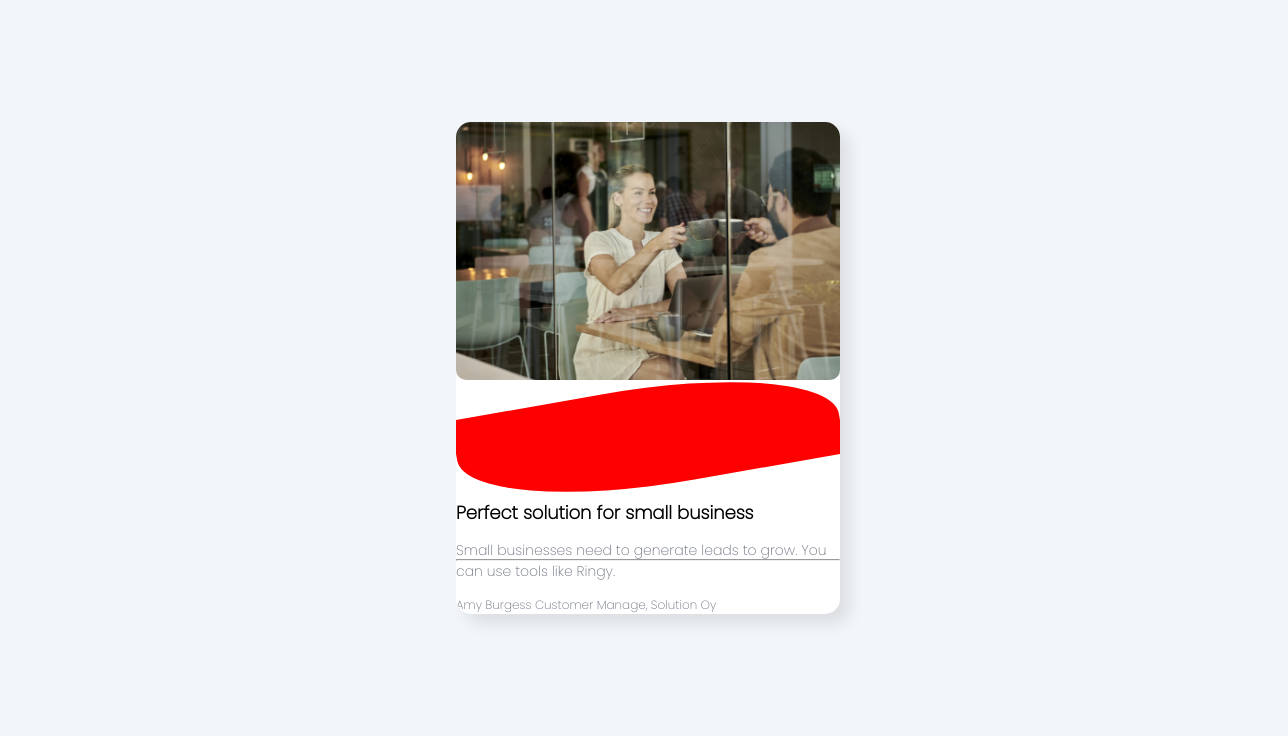
Repository: massndongo/business-blog-card
Page: index.html
The author's editor kept a copy of each file at every save. The page is drawn from the files as they stood at one save, then again after the next save.
The browser window is 1280 px wide. The page is 1288 px wide, so the pictures cover 1288 px, including what lies to the right of the window. The pictures show the whole page.

Above is the page before, as saved 2023-11-08 04:05:00.

### index.html
<!DOCTYPE html>
<html lang="en">
<head>
    <meta charset="UTF-8">
    <meta name="viewport" content="width=device-width, initial-scale=1.0">
    <link rel="stylesheet" href="css/styles.css">
    <title>Responsive Web Developer Starter - devchallenges.io</title>
    <link rel="icon" href="images/favicon.ico" type="image/x-icon" sizes="any">
</head>
<body>
    <div class="card">
        <img src="images/hero-image-business-card.png" alt="" srcset="">
        <div class="wavy">
        </div>
        <h1 class="title">Perfect solution for small business</h1>
        <p class="corps">Small businesses need to generate leads to grow. You can use tools like Ringy.</p>
        <hr>
        <div class="small">
            <!-- <img src="images/avatar-image-business-card.png" alt="" srcset=""> -->
            <div>
                <span>Amy Burgess</span>
                <span>Customer Manage, Solution Oy</span>
            </div>
        </div>
    </div>
</body>
</html>

### css/styles.css
@import url('https://fonts.googleapis.com/css2?family=Poppins:wght@200&display=swa');

* {
    box-sizing: border-box;
    font-family: 'Poppins', sans-serif;
    overflow: hidden;
}

/* Add some styles for body*/
body {
    width: 100%;
    height: 100vh;
    background-color: #F2F5F9;
    display: flex;
    justify-content: center;
    align-items: center;

}

.card{
    position: relative;
    flex-direction: column;
    background-color: #FFFFFF;
    box-shadow: 10px 10px 15px 0px rgba(0, 0, 0, 0.09);
    width: 30%;
    height: auto;
    border-radius: 15px;
}
.card img{
    width: 100%;
    border-radius: 10px;
}
.wavy{
    height: 100px;
    background-color: red;
    border-radius: 0 60%;
    transform: rotate(-10deg);
}
.waveRight{
    height: 100px;
    width: 50%;
    background-color: green;
}
.waveLeft{
    height: 100px;
    width: 50%;
    background-color: blue;
}
.title{
    font-size: 18px;

}
.corps{
    font-size: 14px;

}
.small{
    position: relative;
    font-size: 12px;
}
.corps, .small, hr{
    color: #6C727F
}
hr{
    width: 100%;
    height: 1px;
    position: absolute;
    bottom: 9%;
    left: 0;
    right: 0;
    background-color: #6c727f85;
}

@media screen and (max-width: 768px) {
    .card {
        width: 90%;
    }
}

After the next save:
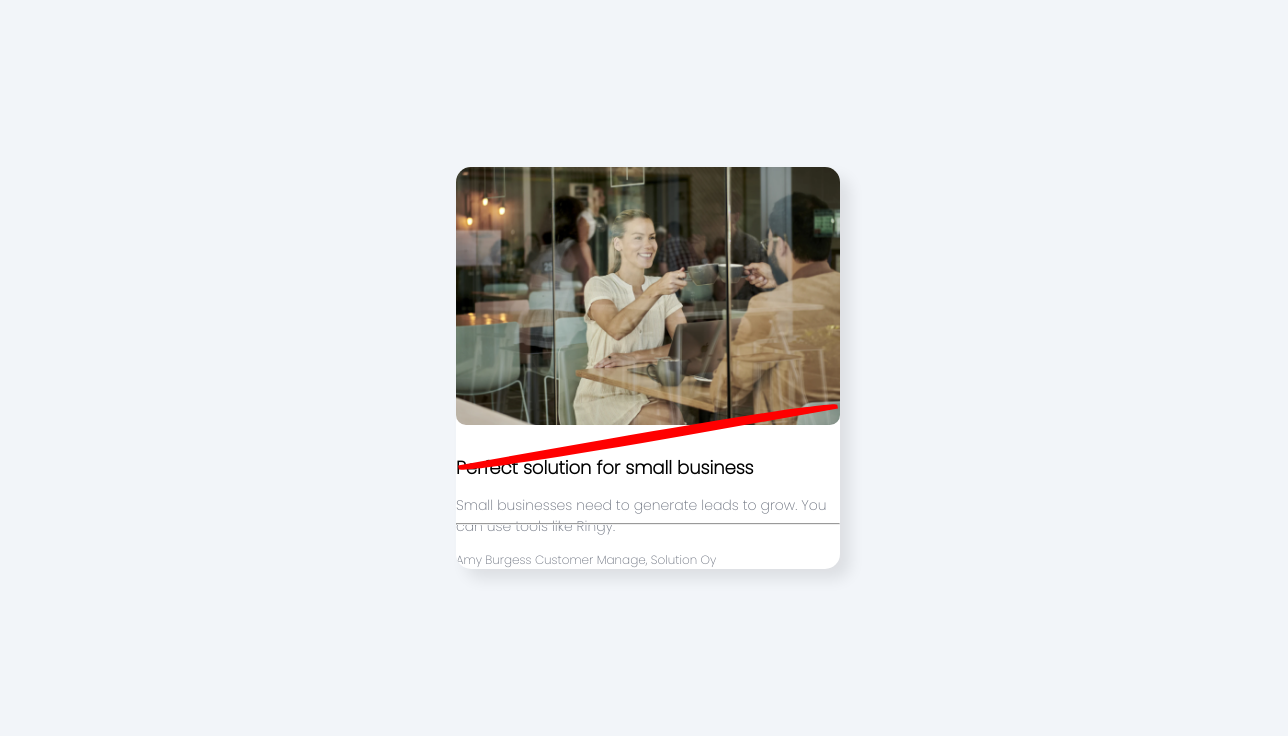
Saved 11 s later.
--- a/css/styles.css
+++ b/css/styles.css
@@ -31,7 +31,7 @@
     border-radius: 10px;
 }
 .wavy{
-    height: 100px;
+    height: 10px;
     background-color: red;
     border-radius: 0 60%;
     transform: rotate(-10deg);

After the save that followed:
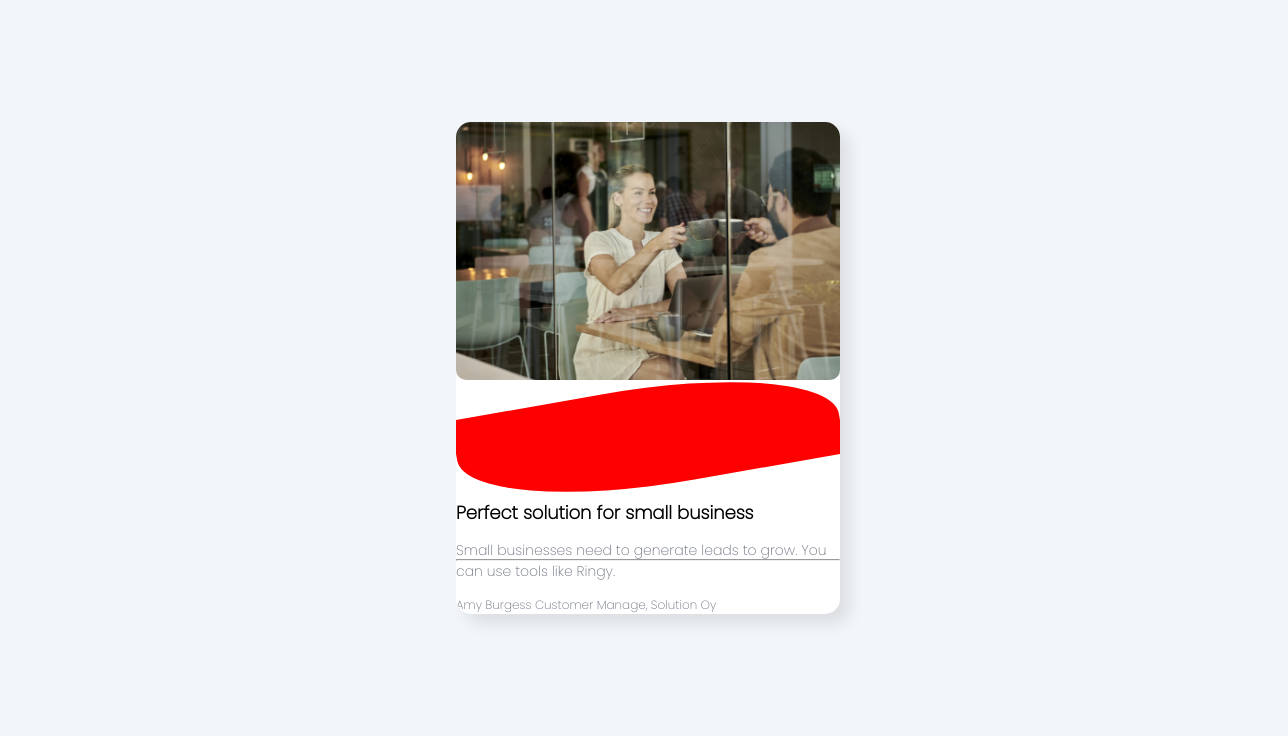
Saved 4 s later.
--- a/css/styles.css
+++ b/css/styles.css
@@ -31,7 +31,7 @@
     border-radius: 10px;
 }
 .wavy{
-    height: 10px;
+    height: 100px;
     background-color: red;
     border-radius: 0 60%;
     transform: rotate(-10deg);
